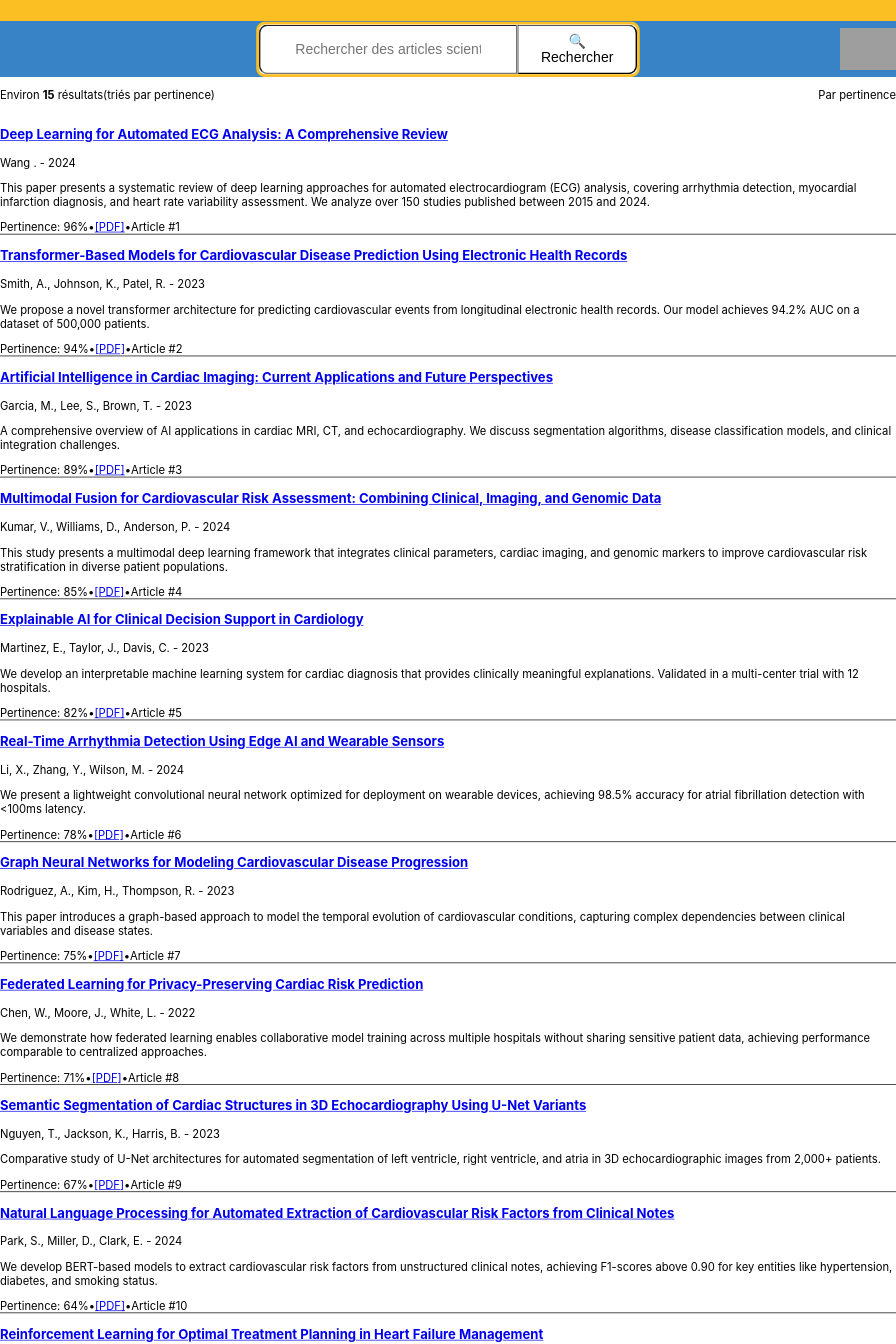
Repository: elh33/SemanticSciSearch
Page: / (app in frontend/)
An editor plug-in stored every save of this project. The page is shown before and after a run of saves, followed by the edit.
The browser window is 1280 px wide. The pictures show the part of the page from y = 0 to 1920 px (the page is 2685 px tall), at 70% of full size.
Pictures or frames that could not be fetched are drawn as grey boxes. The project was rebuilt for these pictures with package versions that can differ from the ones it lists, and the page was loaded fresh each time.

Above is the page before, as saved 2025-11-21 23:22:39.

After the next 3 saves:
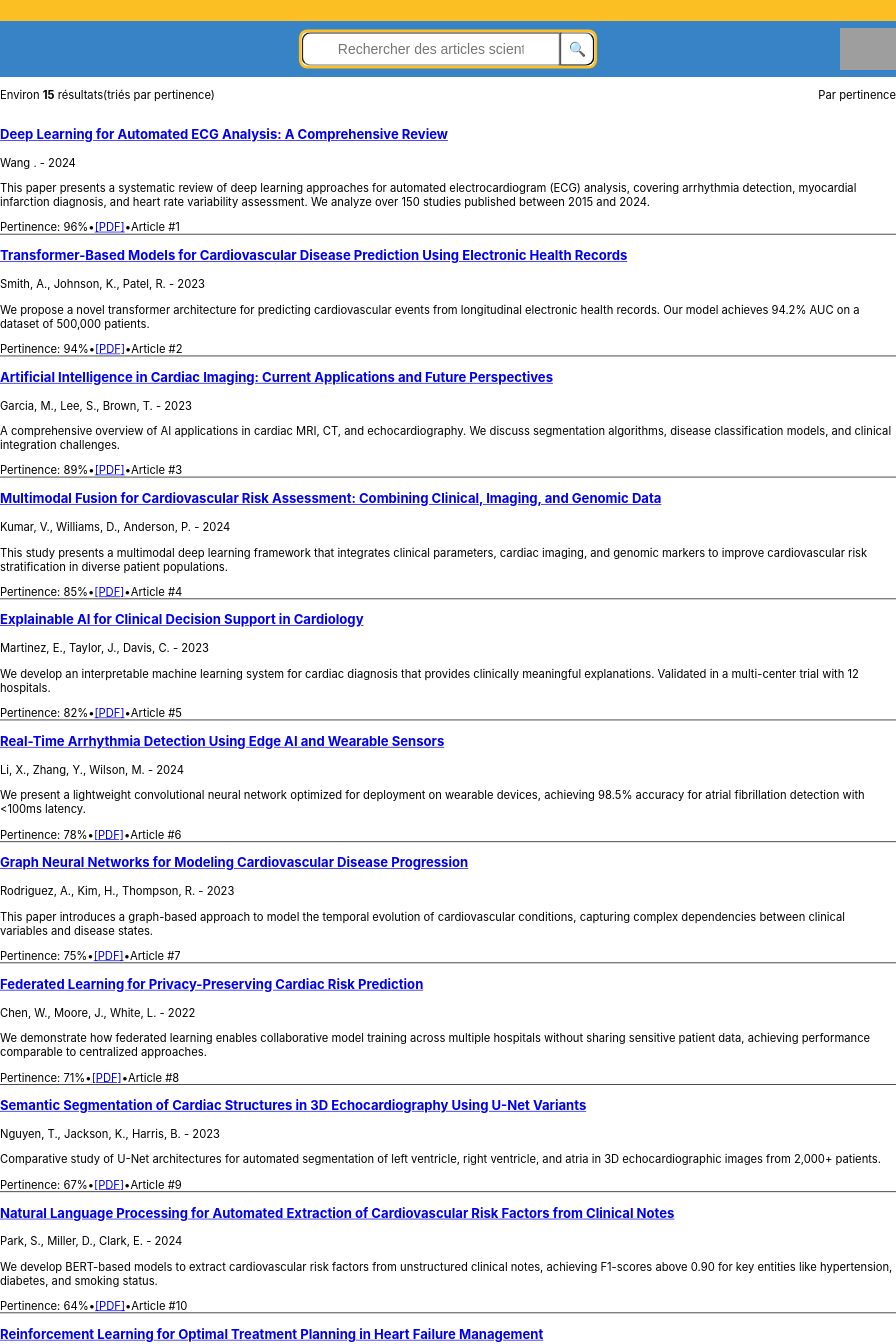
The 3 saves are shown as one change because they came seconds apart.
The last was saved 13 s later.
--- a/frontend/src/components/SearchResults.tsx
+++ b/frontend/src/components/SearchResults.tsx
@@ -69,11 +69,11 @@ const SearchResults: React.FC = () => {
                   style={{
                     backgroundColor: '#ffffffff',
                     borderRadius: '0 12px 12px 0',
-                    padding: '10px 32px',
+                    padding: '10px 10px',
                     fontSize: '20px'
                   }}
                 >
-                  🔍 Rechercher
+                  🔍
                 </button>
               </div>
             </form>
